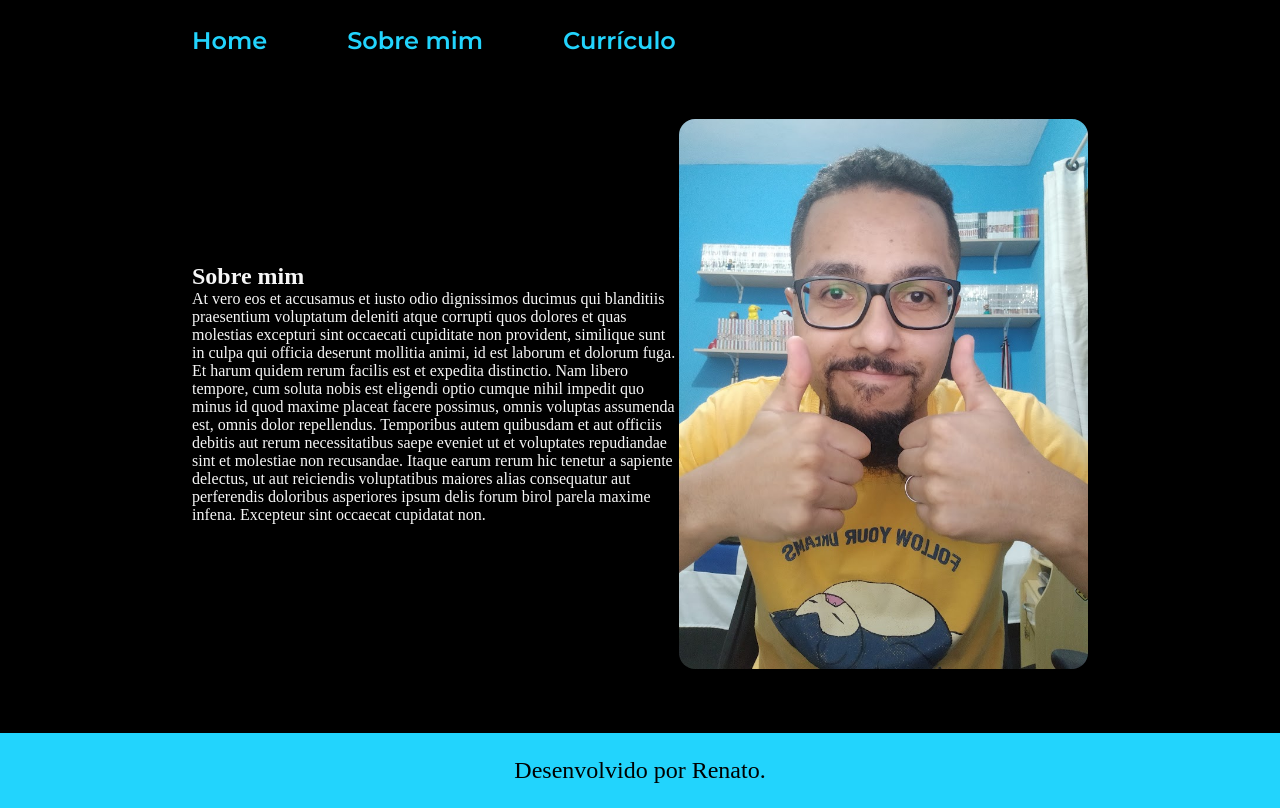
Repository: RenatoCCS/Portfolio_Alura
Page: about.html
The author's editor kept a copy of each file at every save. The page is drawn from the files as they stood at one save, then again after the next save.
The browser window is 1280 px wide. The pictures show the whole page.

Above is the page before, as saved 2023-03-06 20:49:48.

After the next save:
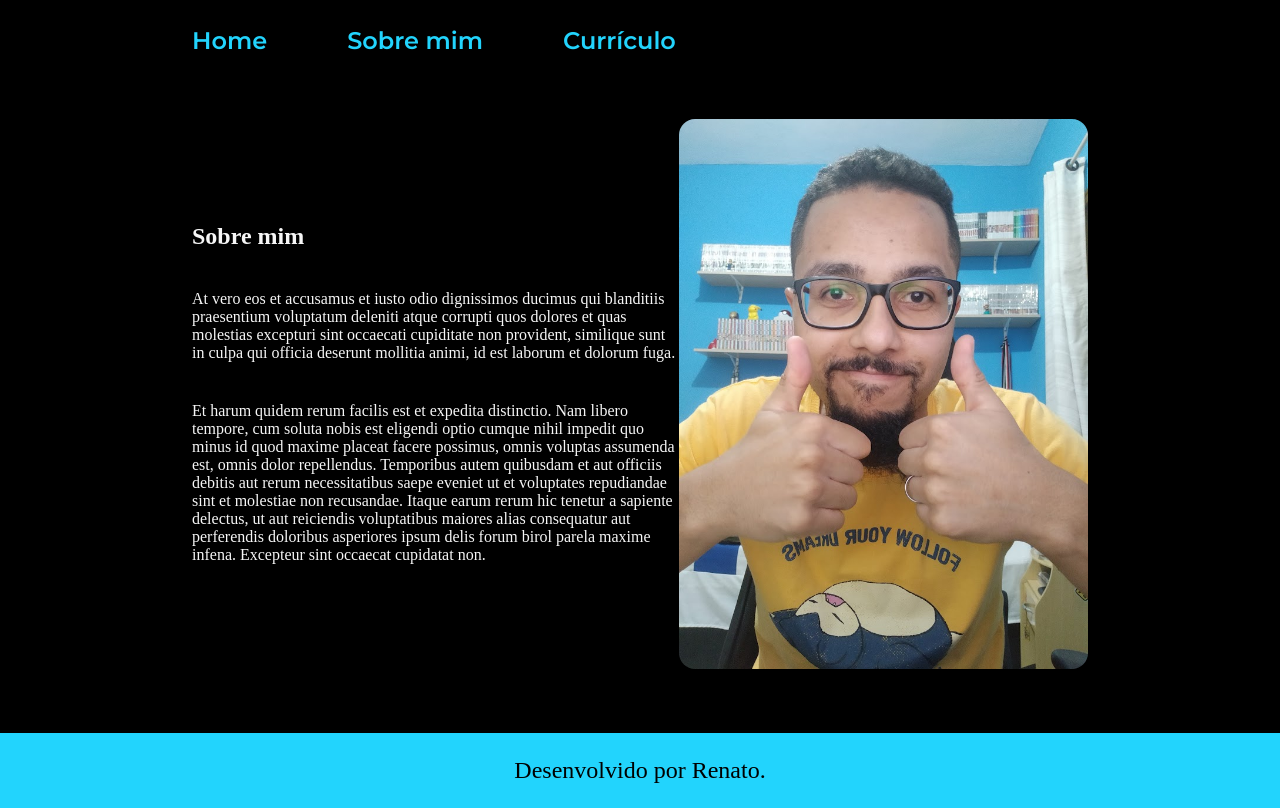
Saved 16 s later.
--- a/about.html
+++ b/about.html
@@ -18,7 +18,7 @@
     </header>
 
     <main class="apresentacao">
-      <section>
+      <section class="apresentacao__conteudo">
         <h1>Sobre mim</h1>
         <p>
           At vero eos et accusamus et iusto odio dignissimos ducimus qui
